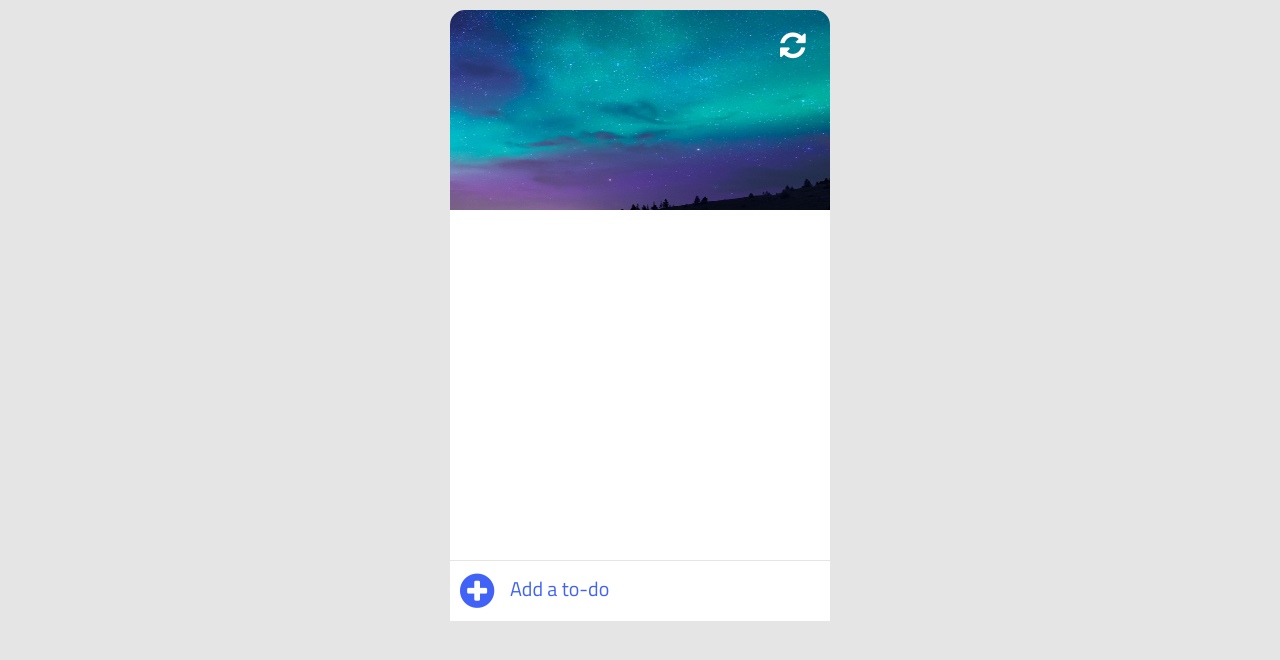
Repository: abouzarSoleymani/todo-js
Page: index.html
The author's editor kept a copy of each file at every save. The page is drawn from the files as they stood at one save, then again after a run of saves.
The browser window is 1280 px wide. The pictures show the whole page.
Some web libraries are served in a nearby version.

Above is the page before, as saved 2019-11-15 13:16:22.
Console error: TypeError: dateString.toLocaleDateString is not a function

After the next 2 saves:
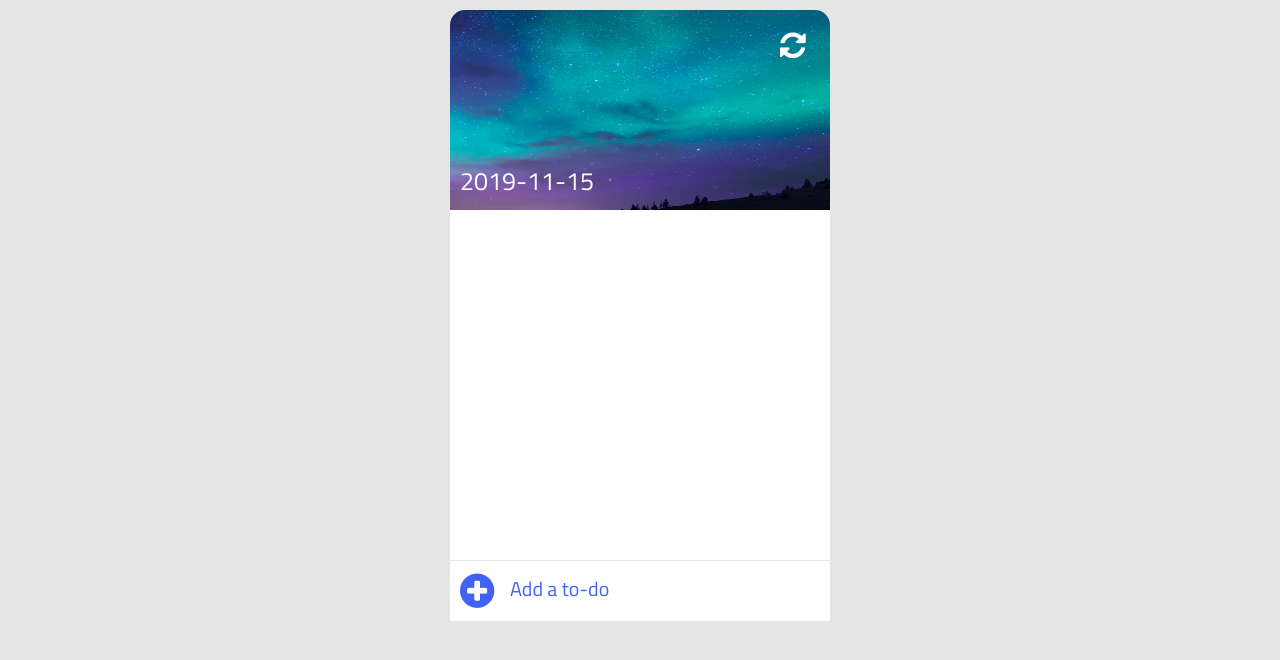
The 2 saves are shown as one change because they came seconds apart.
The last was saved 10 s later.
--- a/js/app.js
+++ b/js/app.js
@@ -49,7 +49,7 @@
 
 var dateString = moment(today).format('YYYY-MM-DD');
 
-dateElementEN.innerHTML = dateString.toLocaleDateString("en-US", optionsEN);
+dateElementEN.innerHTML = dateString;
 dateElementFA.innerHTML = dateString.toLocaleDateString("fa", optionsFA);
 
 // add to do function

After the save that followed:
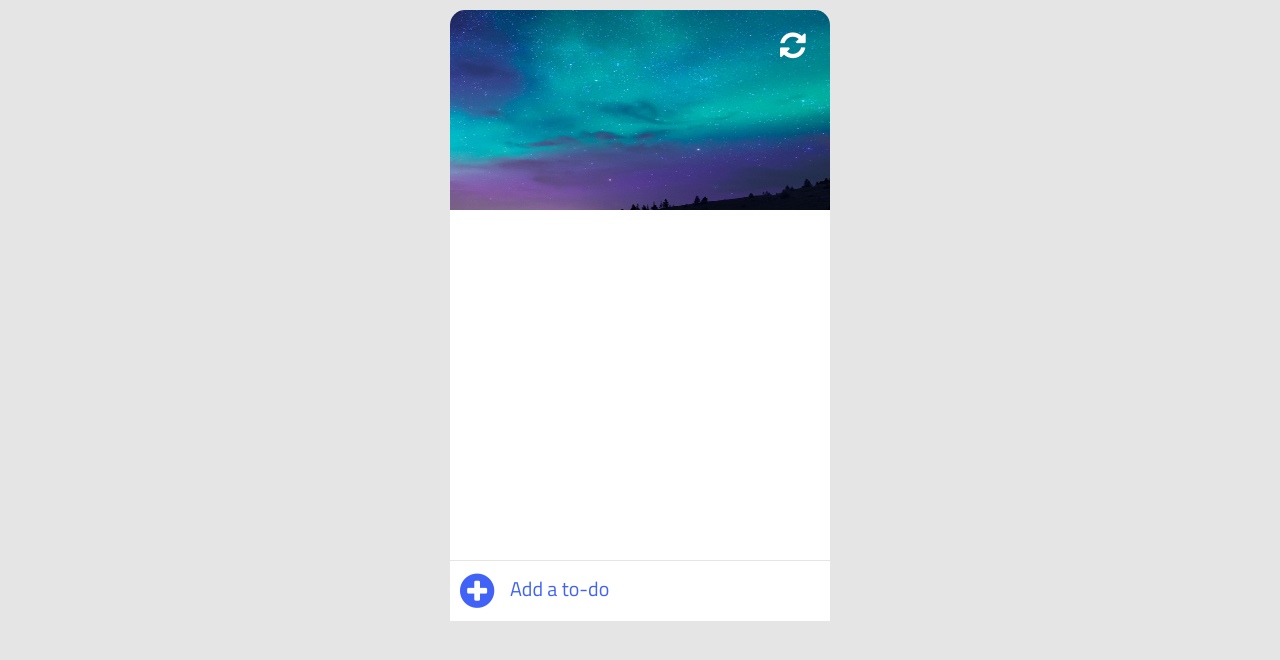
Saved 13 s later.
--- a/js/app.js
+++ b/js/app.js
@@ -49,7 +49,7 @@
 
 var dateString = moment(today).format('YYYY-MM-DD');
 
-dateElementEN.innerHTML = dateString;
+dateElementEN.innerHTML = dateString.toLocaleDateString("en-US", optionsEN);
 dateElementFA.innerHTML = dateString.toLocaleDateString("fa", optionsFA);
 
 // add to do function
